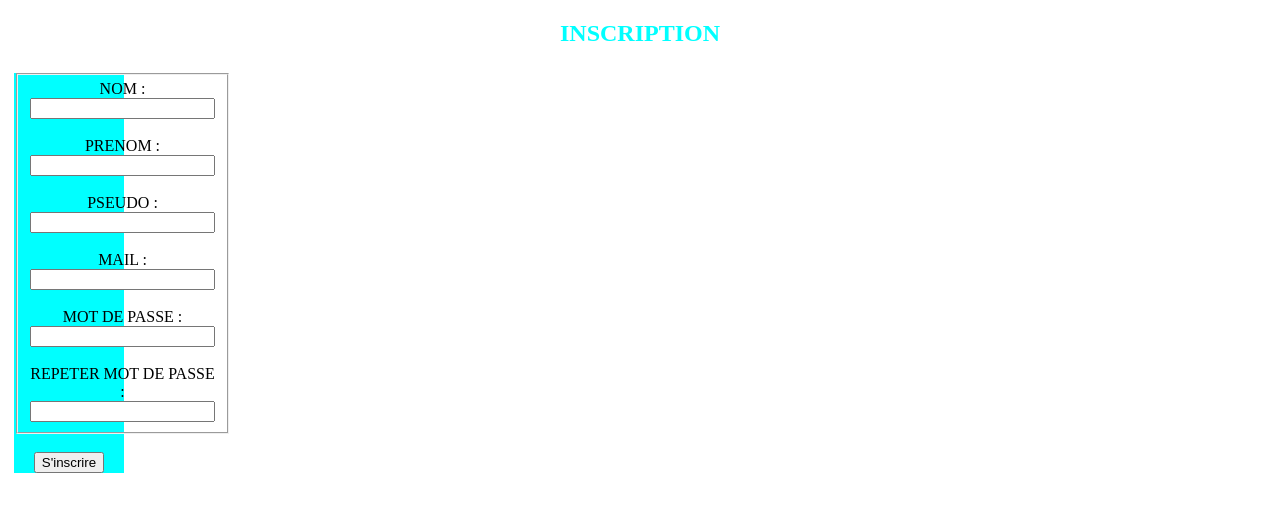
Repository: Aoua1414/JavaDeAoua
Page: http://localhost/MonServletJsp/Inscrire.jsp
These files come from the project's save history. The page is drawn as it stood at one moment and after the next save; the edit follows.
The browser window is 1280 px wide. The pictures show the whole page.
The page is served by Tomcat 9. Nobody is signed in. The application's start-up code is not run. Other server files are loaded and not shown.

Above is the page before, as saved 2022-07-25 14:37:51.

### ODC/MonServletJsp/src/main/webapp/Inscrire.jsp
<%@ page language="java" contentType="text/html; charset=UTF-8"
    pageEncoding="UTF-8"%>
<!DOCTYPE html>
<html>
<head>
<link rel="stylesheet" href="aoua.css" type="text/css">
<meta charset="UTF-8">
<title>Inscription</title>
</head>
<body>
<h2>INSCRIPTION</h2>

    <form method="post"  action = "Accueil">
    <fieldset>
     <div>
    <label for= "nom" > NOM :</label>
    <input type="text" id= "nom" name="nom"/>
    </div>
    <div>
    <br>
     <label for= "prenom" > PRENOM :</label>
    <input type="text" />
    </div>

    <div>
    <br>
     <label for= "pseudo" > PSEUDO :</label>
    <input type="text" />
    </div>

    <div>
    <br>
     <label for= "mail" > MAIL :</label>
    <input type="text" />
    </div>

    <div>
    <br>
     <label for= "pass" > MOT DE PASSE :</label>
    <input type="text" />
    </div>

    <div>
    <br>
     <label for= "repeter" > REPETER MOT DE PASSE :</label>
    <input type="text" />
    </div>
    </fieldset>
    <br>
    <button type="submit">S'inscrire</button>



    </form>

<p>

</p>
</body>
</html>

### ODC/MonServletJsp/src/main/webapp/aoua.css

h2{
	color:#00ffff;
	text-align : center;

}
form {

	text-align : center;
	background-color:#00ffff;
	width: 110px;
  display: inline-block;
  vertical-align: top;
  margin: 6px;

}

After the next save:
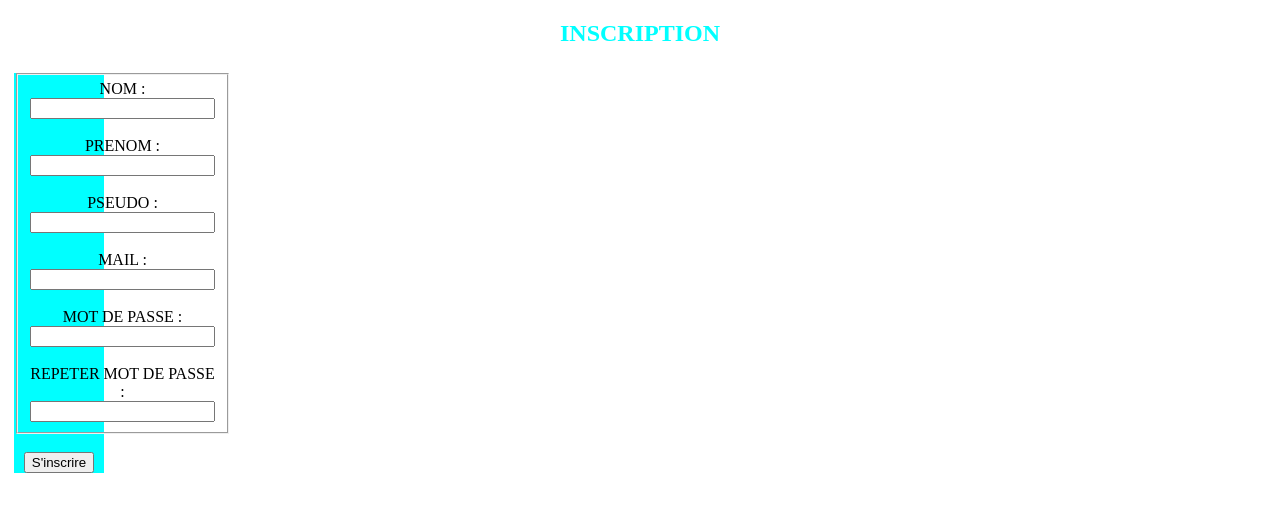
Saved 91 s later.
--- a/ODC/MonServletJsp/src/main/webapp/aoua.css
+++ b/ODC/MonServletJsp/src/main/webapp/aoua.css
@@ -8,7 +8,7 @@ form {
 
 	text-align : center;
 	background-color:#00ffff;
-	width: 110px;
+	width: 90px;
   display: inline-block;
   vertical-align: top;
   margin: 6px;
